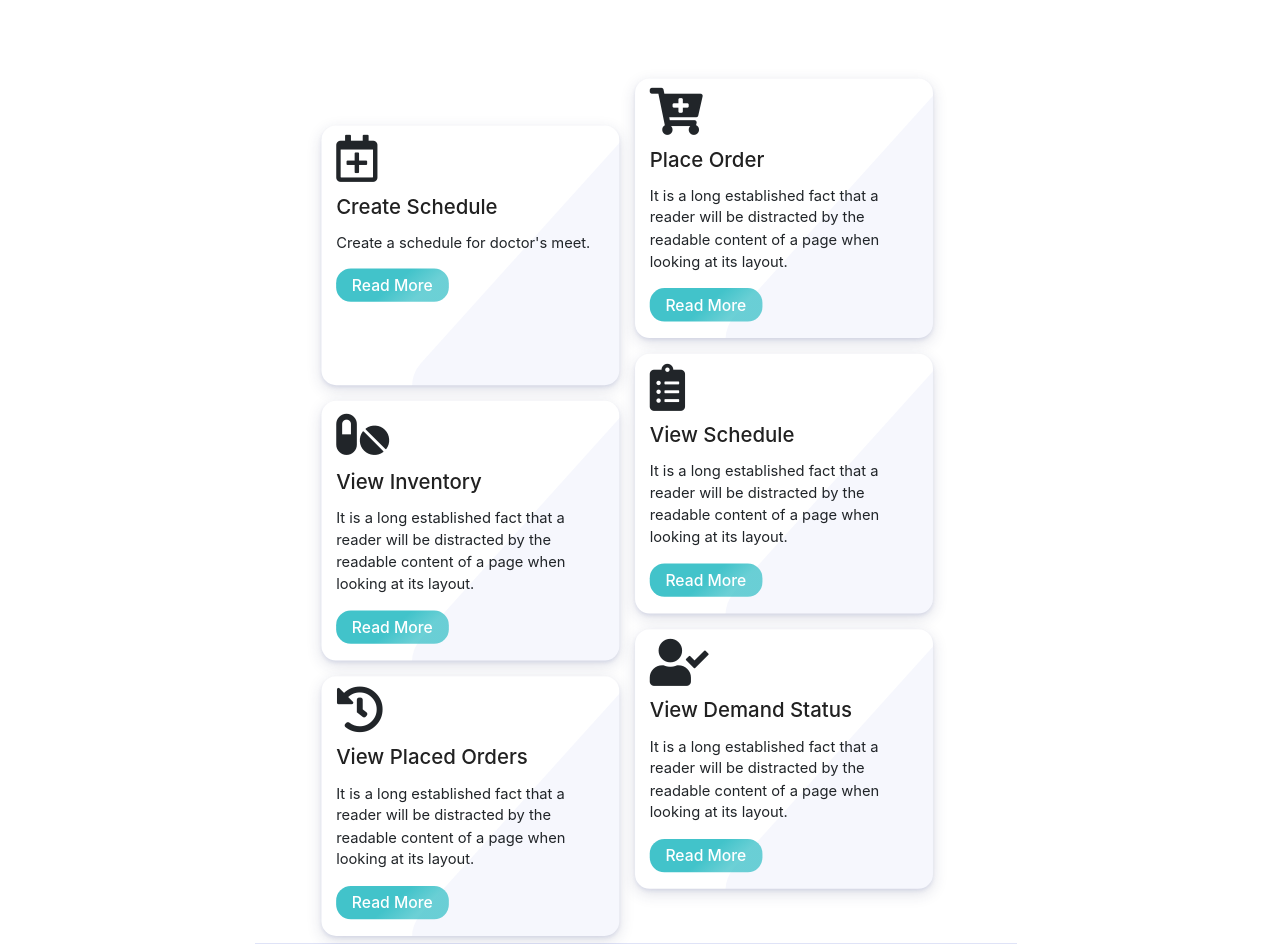
Repository: suffiyanshaikh01/Pharmacy-Project
Page: http://localhost/PharmacyMedicineSupply-WebPortal/WEB-INF/JSP/newHomePage.jsp
The author's editor kept a copy of each file at every save. The page is drawn from the files as they stood at one save, then again after the next save.
The browser window is 1280 px wide. The page is 1295 px wide, so the pictures cover 1295 px, including what lies to the right of the window. The pictures show the whole page, at 98% of full size.
Some web libraries are served in a nearby version. The page is served by Tomcat 9. Nobody is signed in. Other server files are loaded and not shown. The template is opened directly, without the code that normally fills it, so the values that code supplies are empty.

Above is the page before, as saved 2021-05-29 10:32:07.

### PharmacyMedicineSupply-WebPortal/src/main/webapp/WEB-INF/JSP/newHomePage.jsp
<%@ page language="java" contentType="text/html; charset=ISO-8859-1"
    pageEncoding="ISO-8859-1"%>
<!DOCTYPE html>
<html>
<head>
<link rel="stylesheet" href="https://maxcdn.bootstrapcdn.com/bootstrap/4.3.1/css/bootstrap.min.css">
<link rel="stylesheet" href="https://use.fontawesome.com/releases/v5.12.1/css/all.css" crossorigin="anonymous">
<style type="text/css">
.section_our_solution .row {
  align-items: center;
}

.our_solution_category {
  display: flex;
  flex-direction: row;
  flex-wrap: wrap;
}
.our_solution_category .solution_cards_box {
  display: flex;
  flex-direction: column;
  justify-content: center;
}
.solution_cards_box .solution_card {
  flex: 0 50%;
  background: #fff;
  box-shadow: 0 2px 4px 0 rgba(136, 144, 195, 0.2),
    0 5px 15px 0 rgba(37, 44, 97, 0.15);
  border-radius: 15px;
  margin: 8px;
  padding: 10px 15px;
  position: relative;
  z-index: 1;
  overflow: hidden;
  min-height: 265px;
  transition: 0.7s;
}

.solution_cards_box .solution_card:hover {
  background: #309df0;
  color: #fff;
  transform: scale(1.1);
  z-index: 9;
}

.solution_cards_box .solution_card:hover::before {
  background: rgb(85 108 214 / 10%);
}

.solution_cards_box .solution_card:hover .solu_title h3,
.solution_cards_box .solution_card:hover .solu_description p {
  color: #fff;
}

.solution_cards_box .solution_card:before {
  content: "";
  position: absolute;
  background: rgb(85 108 214 / 5%);
  width: 170px;
  height: 400px;
  z-index: -1;
  transform: rotate(42deg);
  right: -56px;
  top: -23px;
  border-radius: 35px;
}

.solution_cards_box .solution_card:hover .solu_description button {
  background: #fff !important;
  color: #309df0;
}

.solution_card .so_top_icon {
}

.solution_card .solu_title h3 {
  color: #212121;
  font-size: 1.3rem;
  margin-top: 13px;
  margin-bottom: 13px;
}

.solution_card .solu_description p {
  font-size: 15px;
  margin-bottom: 15px;
}

.solution_card .solu_description button {
  border: 0;
  border-radius: 15px;
  background: linear-gradient(
    140deg,
    #42c3ca 0%,
    #42c3ca 50%,
    #42c3cac7 75%
  ) !important;
  color: #fff;
  font-weight: 500;
  font-size: 1rem;
  padding: 5px 16px;
}

.our_solution_content h1 {
  text-transform: capitalize;
  margin-bottom: 1rem;
  font-size: 2.5rem;
}
.our_solution_content p {
}

.hover_color_bubble {
  position: absolute;
  background: rgb(54 81 207 / 15%);
  width: 100rem;
  height: 100rem;
  left: 0;
  right: 0;
  z-index: -1;
  top: 16rem;
  border-radius: 50%;
  transform: rotate(-36deg);
  left: -18rem;
  transition: 0.7s;
}

.solution_cards_box .solution_card:hover .hover_color_bubble {
  top: 0rem;
}

.solution_cards_box .solution_card .so_top_icon {
  width: 60px;
  height: 60px;
  border-radius: 50%;
  background: #fff;
  overflow: hidden;
  display: flex;
  align-items: center;
  justify-content: center;
}

.solution_cards_box .solution_card .so_top_icon img {
  width: 40px;
  height: 50px;
  object-fit: contain;
}

/*start media query*/
@media screen and (min-width: 320px) {
  .sol_card_top_3 {
    position: relative;
    top: 0;
  }

  .our_solution_category {
    width: 100%;
    margin: 0 auto;
  }

  .our_solution_category .solution_cards_box {
    flex: auto;
  }
}
@media only screen and (min-width: 768px) {
  .our_solution_category .solution_cards_box {
    flex: 1;
  }
}
@media only screen and (min-width: 1024px) {
  .sol_card_top_3 {
    position: relative;
    top: -3rem;
  }
  .our_solution_category {
    width: 50%;
    margin: 0 auto;
  }
}

</style>
<meta charset="ISO-8859-1">
<title>Homepage</title>
</head>
<body>
<br><br><br><br><br>
<div class="section_our_solution">
  <div class="row">
    <div class="col-lg-12 col-md-12 col-sm-12">
      <div class="our_solution_category">
        <div class="solution_cards_box">
         <!--card start  -->
          <div class="solution_card">
            <div class="hover_color_bubble"></div>
            <div><i class="far fa-calendar-plus fa-3x"></i></i></div>
            <div class="solu_title">
              <h3>Create Schedule</h3>
            </div>
            <div class="solu_description">
              <p>
                Create a schedule for doctor's meet.
              </p>
              <button type="button" class="read_more_btn">Read More</button>
            </div>
          </div>

          <!--card end  -->

          <div class="solution_card">
            <div class="hover_color_bubble"></div>
            <div><i class="fas fa-pills fa-3x"></i></div>
            <div class="solu_title">
              <h3>View Inventory</h3>
            </div>
            <div class="solu_description">
              <p>
                It is a long established fact that a reader will be distracted by the readable content of a page when looking at its layout.
              </p>
              <button type="button" class="read_more_btn">Read More</button>
            </div>
          </div>

          <div class="solution_card">
            <div class="hover_color_bubble"></div>
            <div><i class="fas fa-history fa-3x"></i></div>
            <div class="solu_title">
              <h3>View Placed Orders</h3>
            </div>
            <div class="solu_description">
              <p>
                It is a long established fact that a reader will be distracted by the readable content of a page when looking at its layout.
              </p>
              <button type="button" class="read_more_btn">Read More</button>
            </div>
          </div>

        </div>
        <!--  -->
        <div class="solution_cards_box sol_card_top_3">
          <div class="solution_card">
            <div class="hover_color_bubble"></div>
            <div><i class="fas fa-cart-plus fa-3x"></i></div>
            <div class="solu_title">
              <h3>Place Order</h3>
            </div>
            <div class="solu_description">
              <p>
                It is a long established fact that a reader will be distracted by the readable content of a page when looking at its layout.
              </p>
              <button type="button" class="read_more_btn">Read More</button>
            </div>
          </div>
          <div class="solution_card">
            <div class="hover_color_bubble"></div>
            <div><i class="fas fa-clipboard-list fa-3x"></i></div>
            <div class="solu_title">
              <h3>View Schedule</h3>
            </div>
            <div class="solu_description">
              <p>
                It is a long established fact that a reader will be distracted by the readable content of a page when looking at its layout.
              </p>
              <button type="button" class="read_more_btn">Read More</button>
            </div>
          </div>
          <!--5th card  -->
          <div class="solution_card">
            <div class="hover_color_bubble"></div>
            <div><i class="fas fa-user-check fa-3x"></i></div>
            <div class="solu_title">
              <h3>View Demand Status</h3>
            </div>
            <div class="solu_description">
              <p>
                It is a long established fact that a reader will be distracted by the readable content of a page when looking at its layout.
              </p>
              <button type="button" class="read_more_btn">Read More</button>
            </div>
          </div>
          <!--end  -->
        </div>
      </div>
    </div>
  </div>
</div>


</body>
</html>

After the next save:
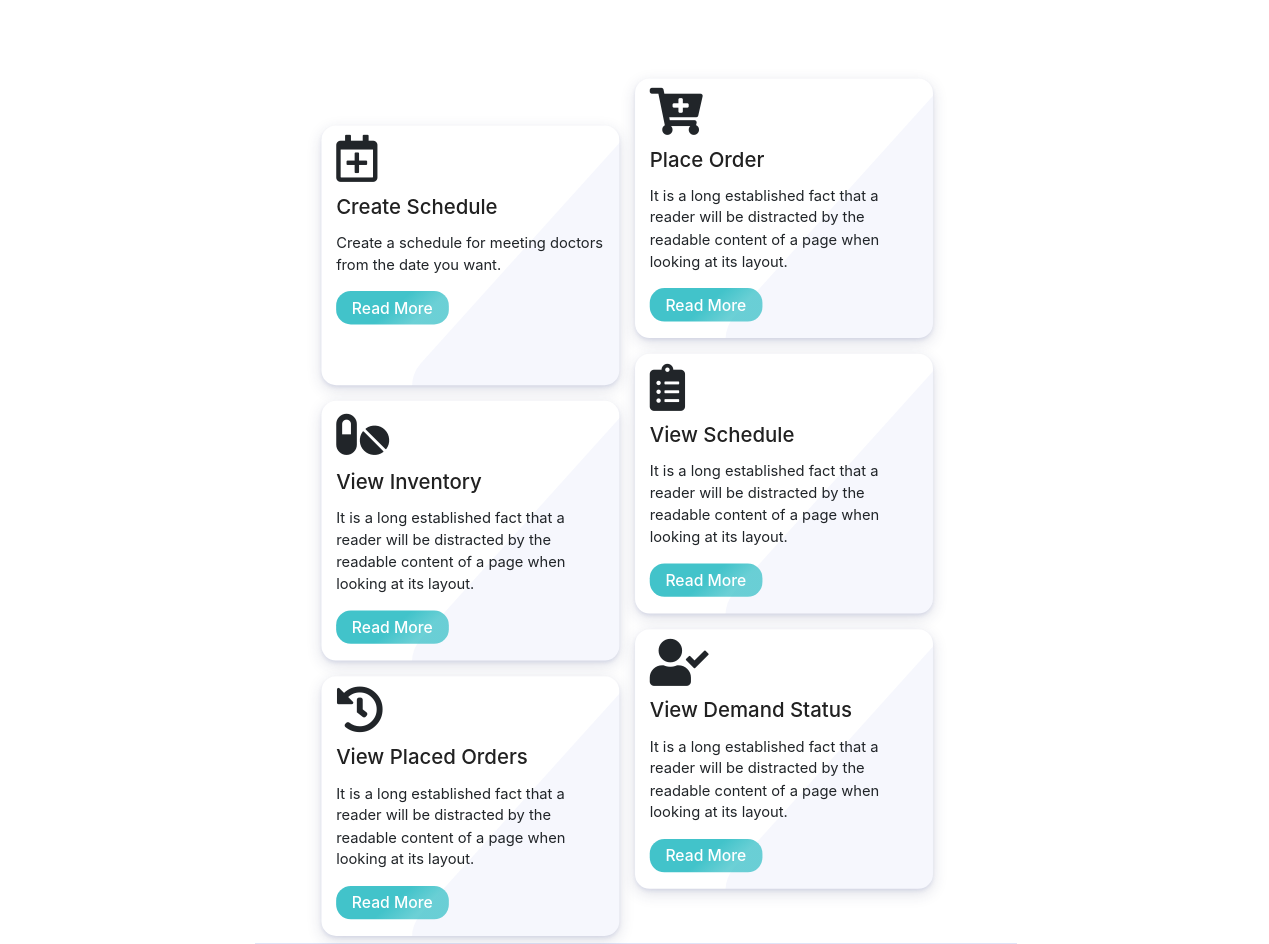
Saved 85 s later.
--- a/PharmacyMedicineSupply-WebPortal/src/main/webapp/WEB-INF/JSP/newHomePage.jsp
+++ b/PharmacyMedicineSupply-WebPortal/src/main/webapp/WEB-INF/JSP/newHomePage.jsp
@@ -195,7 +195,7 @@
             </div>
             <div class="solu_description">
               <p>
-                Create a schedule for doctor's meet.
+                Create a schedule for meeting doctors from the date you want.
               </p>
               <button type="button" class="read_more_btn">Read More</button>
             </div>
